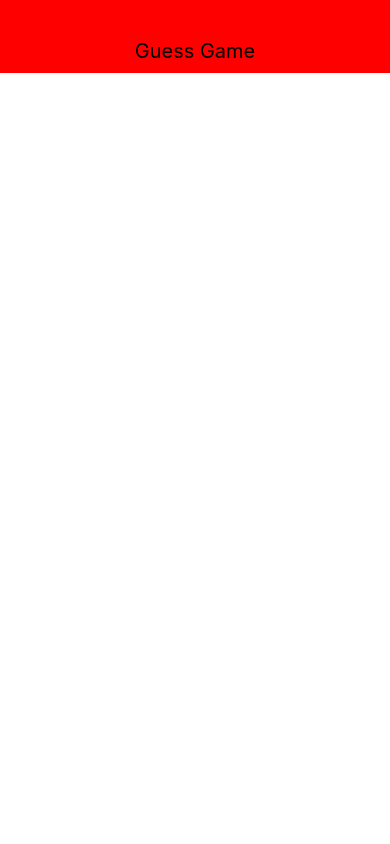
Repository: Celebration-cloud/Guess-number
Screen: /
These files come from the project's save history. The screen is drawn as it stood at one moment and after a run of saves; the edit follows.
The app was drawn by React Native's web renderer in a window 390 px wide. The project was rebuilt for these pictures with package versions that can differ from the ones it lists, and the page was loaded fresh each time.

Above is the screen before, as saved 2024-06-10 12:43:58.

### App.js
import { StatusBar } from "expo-status-bar";
import { StyleSheet, Text, View } from "react-native";
import Heading from "./components/header/Heading";

export default function App() {
  return (
    <View style={styles.container}>
      <Heading/>
      <StatusBar style="auto" />
    </View>
  );
}

const styles = StyleSheet.create({
  container: {
    flex: 1,
    alignItems: "center",
  },
});

### components/header/Heading.jsx
import React from "react";
import { Text, StyleSheet, View } from "react-native";

export default function Heading() {
  return (
    <View style={styles.header}>
      <Text style={styles.title}> Guess Game </Text>
    </View>
  );
}

const styles = StyleSheet.create({
    header: {
        backgroundColor: "red",
        color: "white",
        width: "100%",
        paddingTop: "10%",
        padding: 10,
        alignItems: "center",
    },
    title: {
      fontSize: 20
    }
});

### components/srceen/StartScreen.jsx
import React, { Component } from 'react'
import { Text, StyleSheet, View } from 'react-native'

export default function StartScreen() {
    return (
      <View>
        <Text> Start a new Game </Text>
        <View>
            <Text>Select a number</Text>
        </View>
      </View>
    )
}

const styles = StyleSheet.create({})

After the next 7 saves:
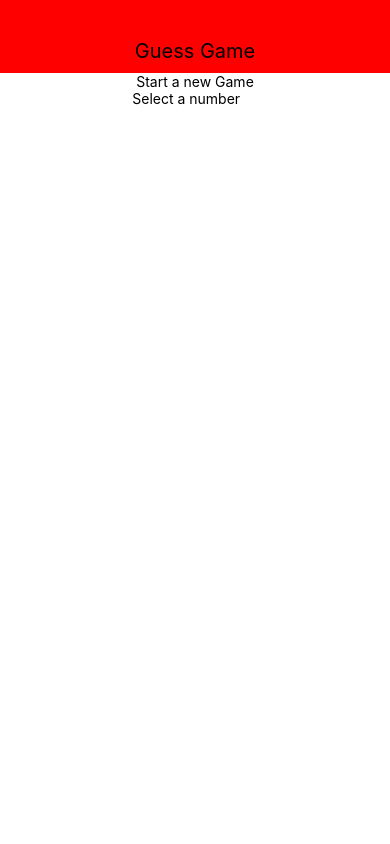
The 7 saves are shown as one change because they came seconds apart.
The last was saved 30 s later.
--- a/App.js
+++ b/App.js
@@ -1,11 +1,13 @@
 import { StatusBar } from "expo-status-bar";
 import { StyleSheet, Text, View } from "react-native";
 import Heading from "./components/header/Heading";
+import StartScreen from "./components/srceen/StartScreen";
 
 export default function App() {
   return (
     <View style={styles.container}>
       <Heading/>
+      <StartScreen/>
       <StatusBar style="auto" />
     </View>
   );
